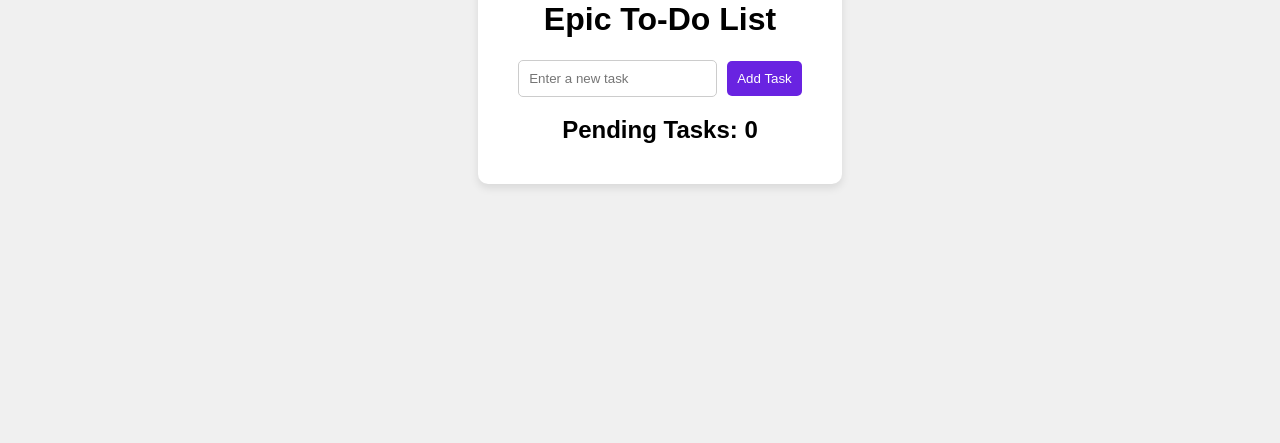
Repository: jgache/COMP-3170-0-Lab4
Page: /
An editor plug-in stored every save of this project. The page is shown before and after the next save, followed by the edit.
The browser window is 1280 px wide. The pictures show the whole page.
The project was rebuilt for these pictures with package versions that can differ from the ones it lists, and the page was loaded fresh each time. Also part of the build but not shown: vite.config.js, src/components/Task.jsx.

Above is the page before, as saved 2024-10-22 16:02:14.

After the next save:
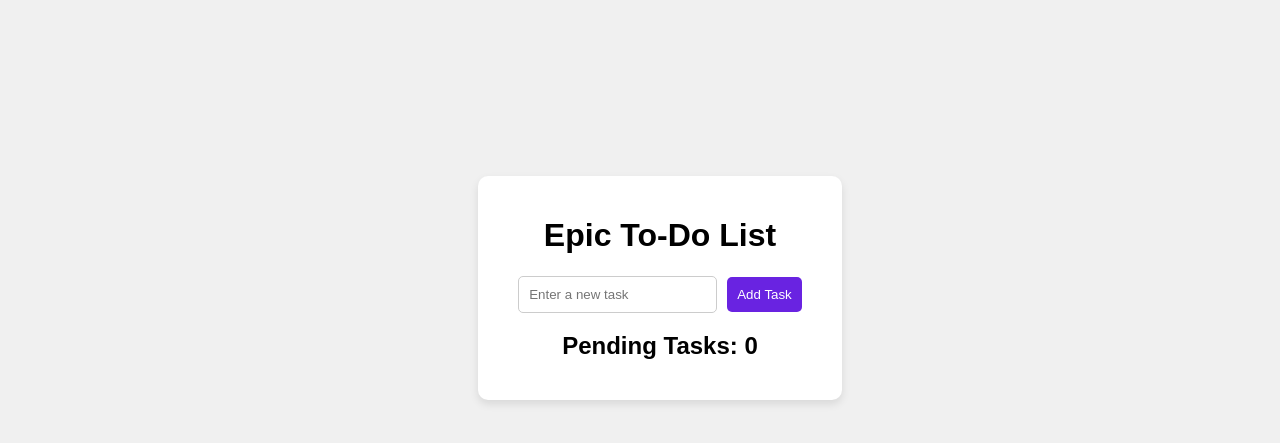
Saved 4 s later.
--- a/src/index.css
+++ b/src/index.css
@@ -3,7 +3,7 @@
 
 body {
     margin: 0;
-    height: 20vh;
+    height: 80vh;
     display: flex;
     justify-content: center;
     align-items: center;
